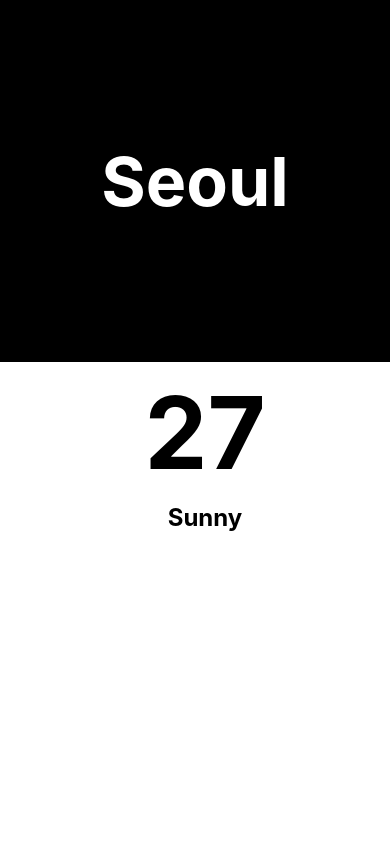
Repository: NewTurn2017/React-Native-Weather-App
Screen: /
These files come from the project's save history. The screen is drawn as it stood at one moment and after the next save; the edit follows.
An inner scrolling area shows only its first screen. The app was drawn by React Native's web renderer in a window 390 px wide. The project was rebuilt for these pictures with package versions that can differ from the ones it lists, and the page was loaded fresh each time.

Above is the screen before, as saved 2023-04-21 11:53:01.

### App.js
import { StatusBar } from 'expo-status-bar'
import { View, Text, StyleSheet, ScrollView, Dimensions } from 'react-native'
const { width: SCREEN_WIDTH } = Dimensions.get('window')

export default function App() {
  return (
    <View style={styles.container}>
      <StatusBar style="light" />
      <View style={styles.city}>
        <Text style={styles.cityName}>Seoul</Text>
      </View>

      <ScrollView horizontal style={styles.weather}>
        <View style={styles.day}>
          <Text style={styles.temp}>27</Text>
          <Text style={styles.description}>Sunny</Text>
        </View>
        <View style={styles.day}>
          <Text style={styles.temp}>27</Text>
          <Text style={styles.description}>Sunny</Text>
        </View>
        <View style={styles.day}>
          <Text style={styles.temp}>27</Text>
          <Text style={styles.description}>Sunny</Text>
        </View>
        <View style={styles.day}>
          <Text style={styles.temp}>27</Text>
          <Text style={styles.description}>Sunny</Text>
        </View>
        <View style={styles.day}>
          <Text style={styles.temp}>27</Text>
          <Text style={styles.description}>Sunny</Text>
        </View>
      </ScrollView>
    </View>
  )
}
const styles = StyleSheet.create({
  container: {
    flex: 1,
    backgroundColor: 'black',
  },
  cityName: {
    color: 'white',
    fontSize: 68,
    fontWeight: 'bold',
  },
  city: {
    flex: 1.2,
    backgroundColor: 'black',
    alignItems: 'center',
    justifyContent: 'center',
  },
  weather: {
    backgroundColor: 'white',
  },
  day: {
    width: SCREEN_WIDTH,
    alignItems: 'center',
    paddingHorizontal: 20,
    margin: 10,
  },
  temp: {
    color: 'black',
    fontSize: 100,
    fontWeight: 'bold',
  },
  description: {
    color: 'black',
    fontSize: 24,
    fontWeight: 'bold',
    marginTop: 10, // Add marginTop to reduce the gap between temp and description
  },
})

After the next save:
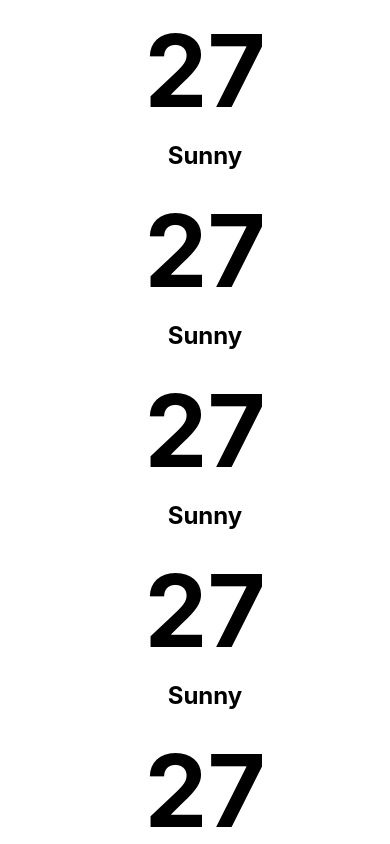
Saved 86 s later.
--- a/App.js
+++ b/App.js
@@ -1,5 +1,6 @@
 import { StatusBar } from 'expo-status-bar'
 import { View, Text, StyleSheet, ScrollView, Dimensions } from 'react-native'
+
 const { width: SCREEN_WIDTH } = Dimensions.get('window')
 
 export default function App() {
@@ -10,7 +11,7 @@
         <Text style={styles.cityName}>Seoul</Text>
       </View>
 
-      <ScrollView horizontal style={styles.weather}>
+      <ScrollView pagingEnabled style={styles.weather}>
         <View style={styles.day}>
           <Text style={styles.temp}>27</Text>
           <Text style={styles.description}>Sunny</Text>
@@ -35,6 +36,7 @@
     </View>
   )
 }
+
 const styles = StyleSheet.create({
   container: {
     flex: 1,
@@ -69,6 +71,6 @@
     color: 'black',
     fontSize: 24,
     fontWeight: 'bold',
-    marginTop: 10, // Add marginTop to reduce the gap between temp and description
+    marginTop: 10,
   },
 })

After the save that followed:
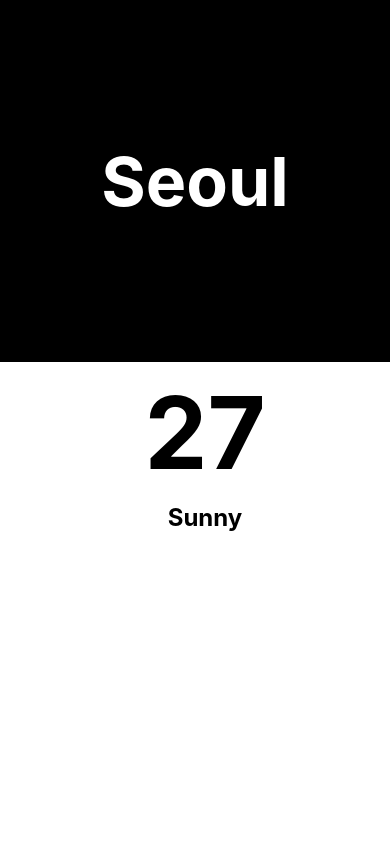
Saved 8 s later.
--- a/App.js
+++ b/App.js
@@ -1,6 +1,5 @@
 import { StatusBar } from 'expo-status-bar'
 import { View, Text, StyleSheet, ScrollView, Dimensions } from 'react-native'
-
 const { width: SCREEN_WIDTH } = Dimensions.get('window')
 
 export default function App() {
@@ -11,7 +10,7 @@
         <Text style={styles.cityName}>Seoul</Text>
       </View>
 
-      <ScrollView pagingEnabled style={styles.weather}>
+      <ScrollView horizontal style={styles.weather}>
         <View style={styles.day}>
           <Text style={styles.temp}>27</Text>
           <Text style={styles.description}>Sunny</Text>
@@ -36,7 +35,6 @@
     </View>
   )
 }
-
 const styles = StyleSheet.create({
   container: {
     flex: 1,
@@ -71,6 +69,6 @@
     color: 'black',
     fontSize: 24,
     fontWeight: 'bold',
-    marginTop: 10,
+    marginTop: 10, // Add marginTop to reduce the gap between temp and description
   },
 })
